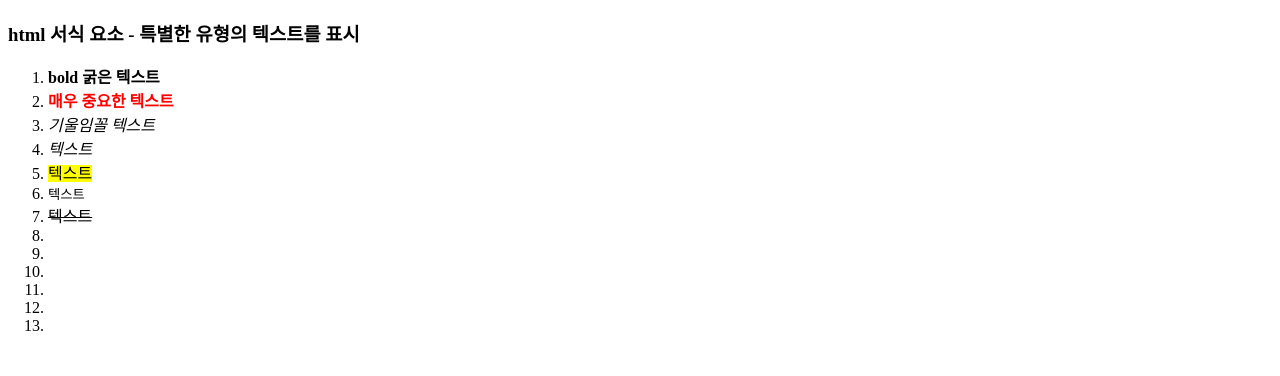
Repository: donggri1/WORKSPACE
Page: WebClass/webPro/src/main/webapp/html/days02/ex05.html
An editor plug-in stored every save of this project. The page is shown before and after the next save, followed by the edit.
The browser window is 1280 px wide. The pictures show the whole page.

Above is the page before, as saved 2024-03-25 02:42:34.

After the next save:
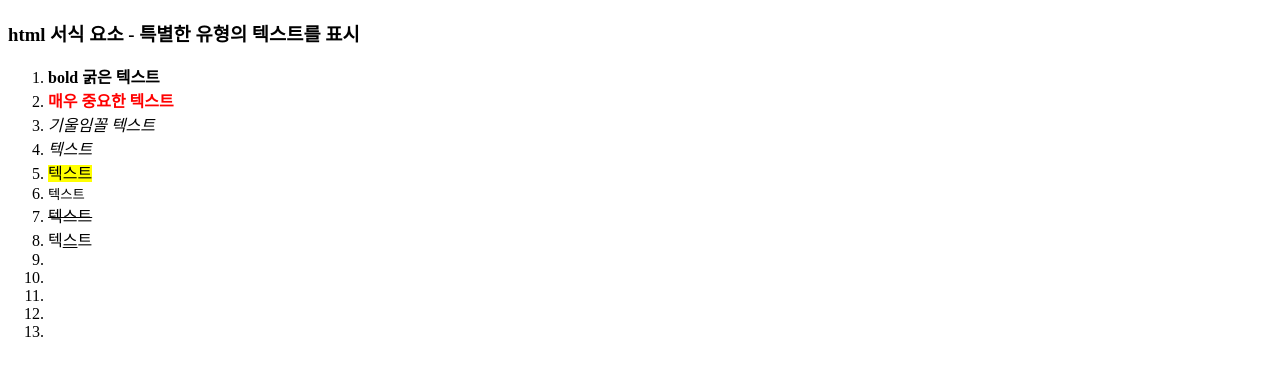
Saved 55 s later.
--- a/WebClass/webPro/src/main/webapp/html/days02/ex05.html
+++ b/WebClass/webPro/src/main/webapp/html/days02/ex05.html
@@ -25,7 +25,7 @@
 		<li><small>텍스트</small></li>
 		<!-- 삭제된 텍스트  -->
 		<li><del>텍스트</del></li>
-		<li></li>
+		<li>텍<ins>스</ins>트</li>
 		<li></li>
 		<li></li>
 		<li></li>
